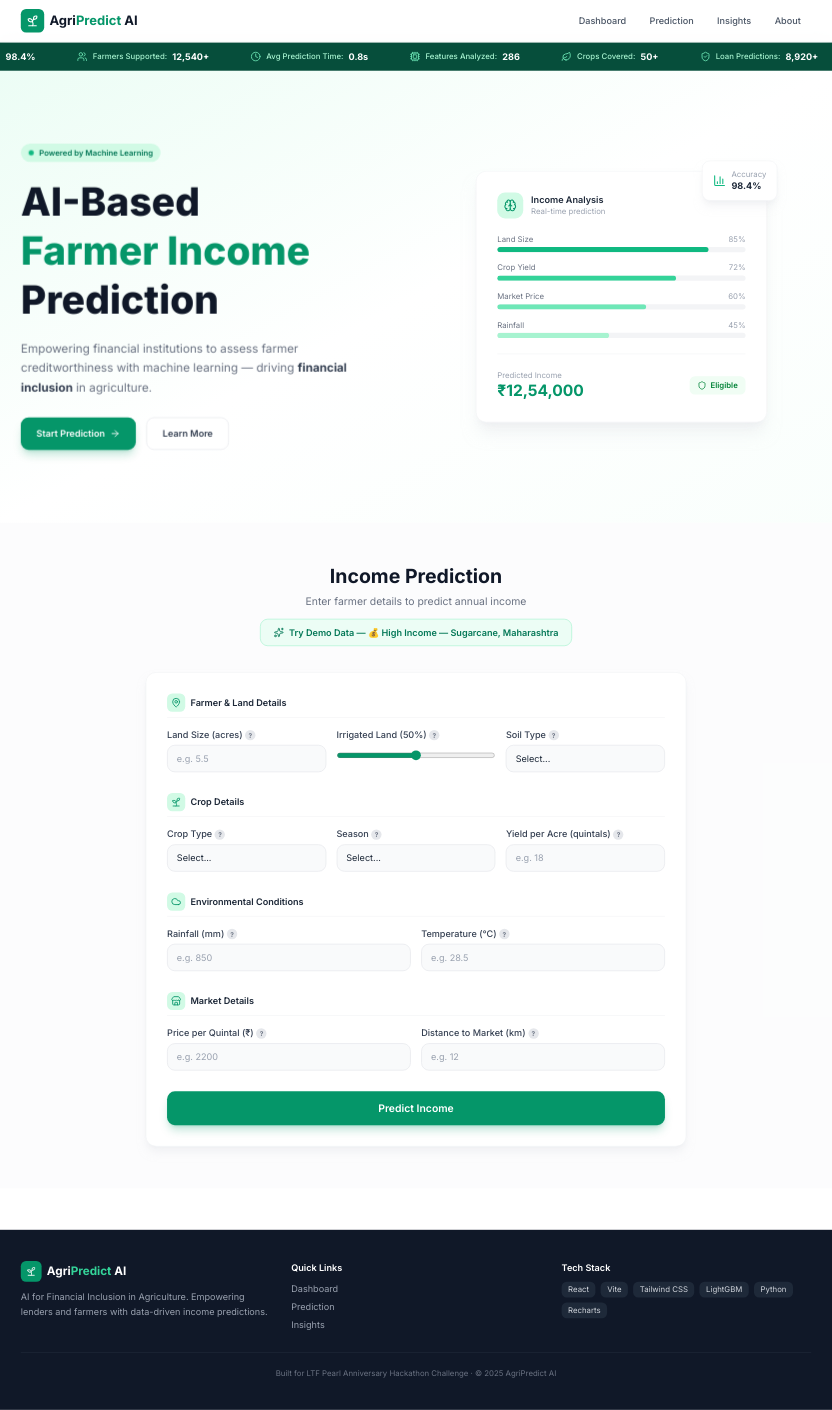
Repository: Bhuvi888/Farmer-income-Prediction
Page: / (app in frontend/)
These files come from the project's save history. The page is drawn as it stood at one moment and after the next save; the edit follows.
The browser window is 1280 px wide. The pictures show the whole page, at 65% of full size.
The page's requests for data from a server got no answer. The project was rebuilt for these pictures with package versions that can differ from the ones it lists, and the page was loaded fresh each time. No one was signed in, and anything a server would have sent is missing. Also part of the build but not shown: frontend/vite.config.js, frontend/src/components/ResultCard.jsx, frontend/src/components/ChartsSection.jsx, frontend/src/components/InsightPanel.jsx.

Above is the page before, as saved 2026-02-20 08:33:44.

After the next save:
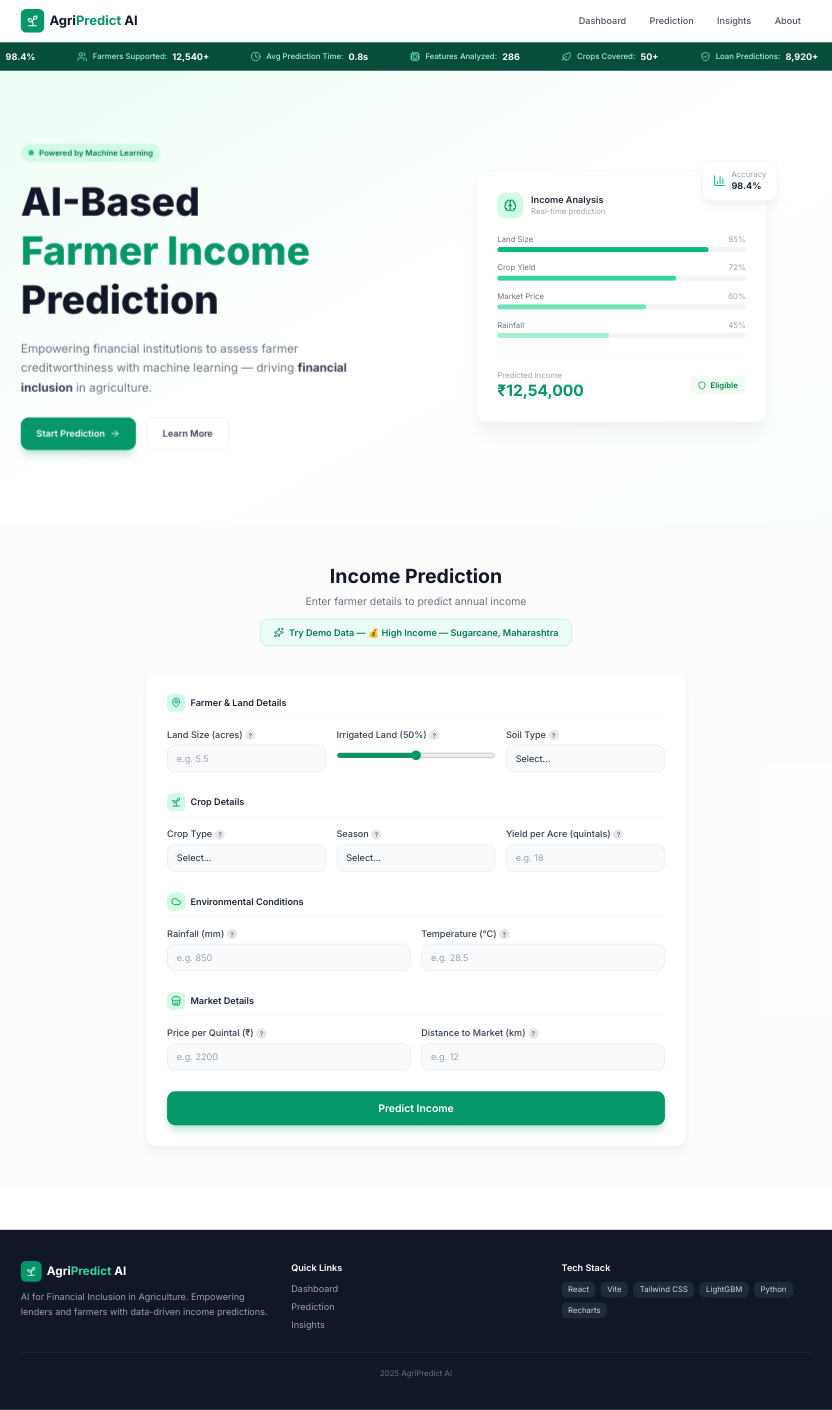
Saved 4 days later.
--- a/frontend/src/components/Footer.jsx
+++ b/frontend/src/components/Footer.jsx
@@ -80,7 +80,7 @@ export default function Footer() {
         </div>
 
         <div className="border-t border-gray-800 mt-8 pt-6 text-center text-xs text-gray-500">
-          Built for LTF Pearl Anniversary Hackathon Challenge &middot; &copy;{" "}
+
           {new Date().getFullYear()} AgriPredict AI
         </div>
       </div>
